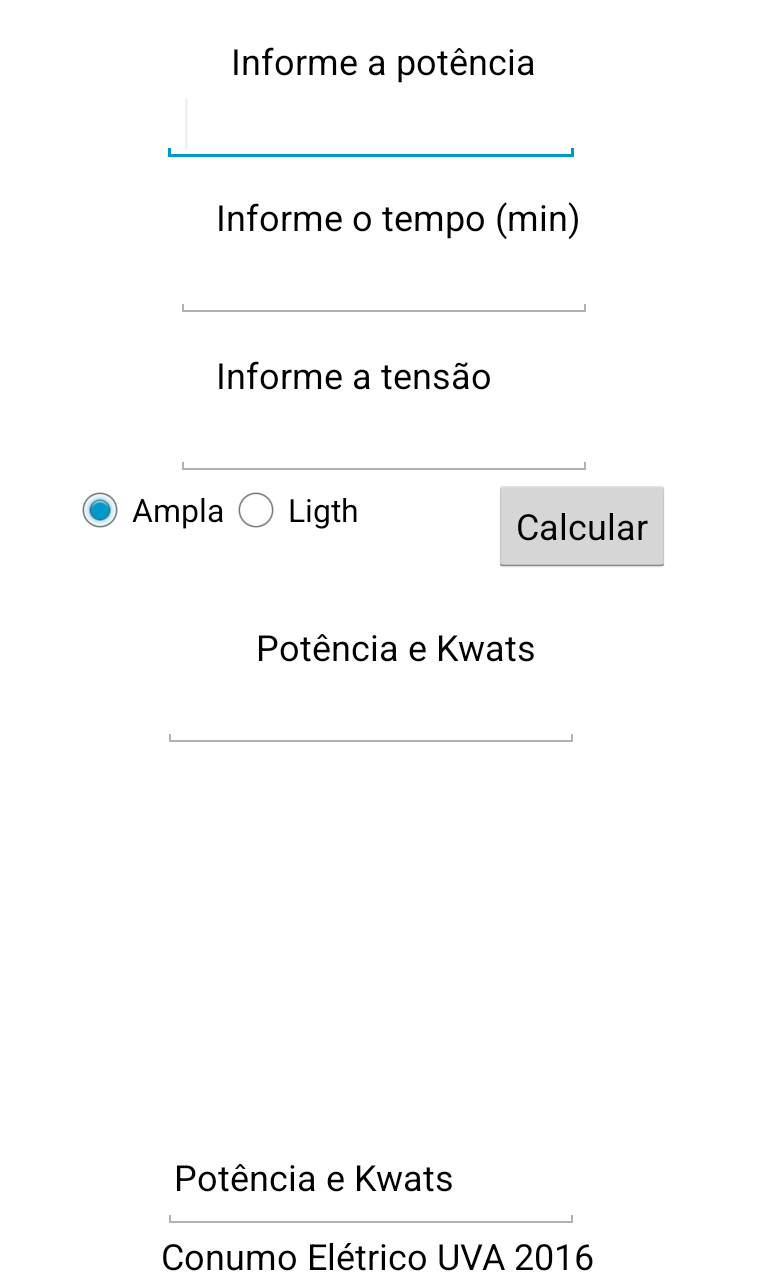
Repository: tsoarescruz/programacao_aplicativos
Layout: Projeto/Projeto_Eclipse/workspace/ConsumoElet/res/layout/activity_consumo_elet.xml
These files come from the project's save history. The layout is drawn as it stood at one moment and after the next save; the edit follows.
It is drawn on a 768 x 1280 px phone screen (xhdpi) without system bars, with theme AppTheme; the app's code is not run.

Above is the layout before, as saved 2016-11-14 03:15:00.

After the next save:
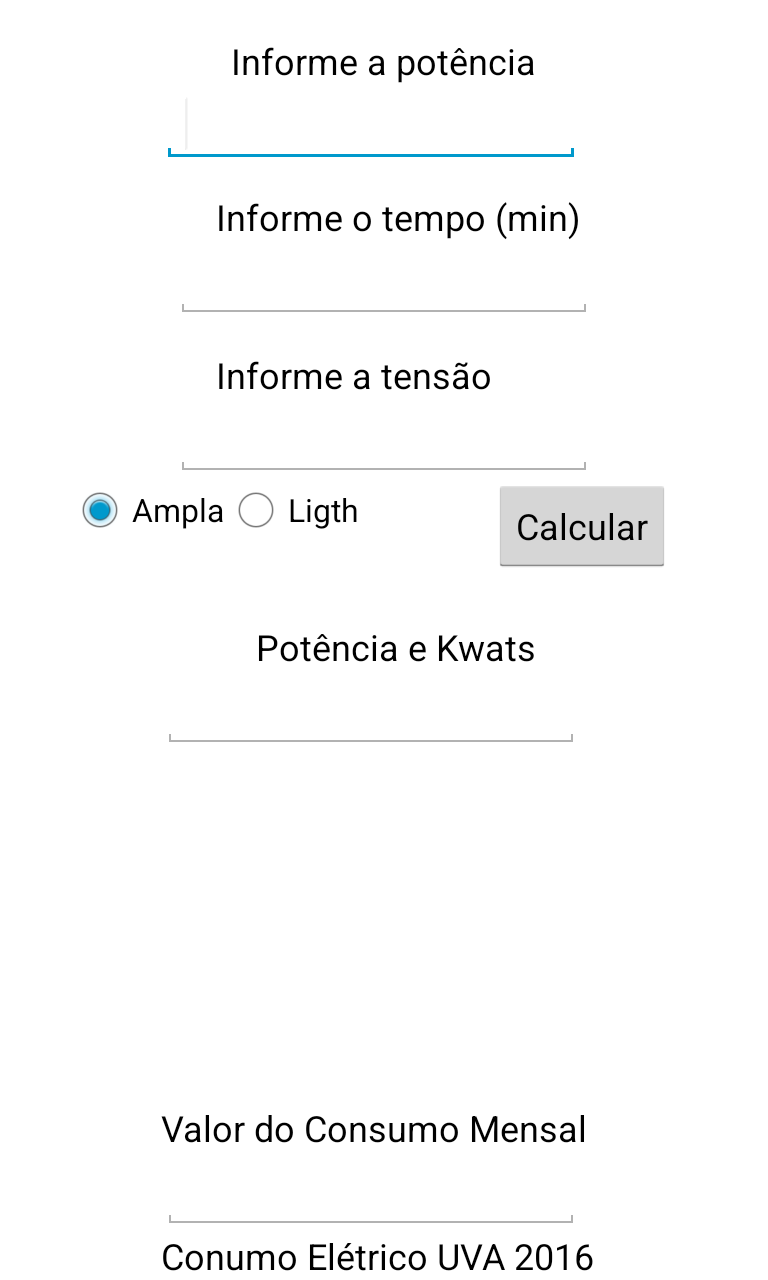
Saved 2 min 14 s later.
--- a/Projeto/Projeto_Eclipse/workspace/ConsumoElet/res/layout/activity_consumo_elet.xml
+++ b/Projeto/Projeto_Eclipse/workspace/ConsumoElet/res/layout/activity_consumo_elet.xml
@@ -127,15 +127,6 @@
         android:layout_alignLeft="@+id/textView1"
         android:ems="10" />
 
-    <TextView
-        android:id="@+id/TextView04"
-        android:layout_width="wrap_content"
-        android:layout_height="wrap_content"
-        android:layout_alignTop="@+id/EditText03"
-        android:layout_toRightOf="@+id/radioGroup1"
-        android:text="Potência e Kwats"
-        android:textAppearance="?android:attr/textAppearanceMedium" />
-
     <Button
         android:id="@+id/button1"
         android:layout_width="wrap_content"
@@ -144,4 +135,13 @@
         android:layout_toRightOf="@+id/TextView02"
         android:text="Calcular" />
 
+    <TextView
+        android:id="@+id/TextView04"
+        android:layout_width="wrap_content"
+        android:layout_height="wrap_content"
+        android:layout_above="@+id/EditText03"
+        android:layout_alignLeft="@+id/EditText03"
+        android:text="Valor do Consumo Mensal"
+        android:textAppearance="?android:attr/textAppearanceMedium" />
+
 </RelativeLayout>
